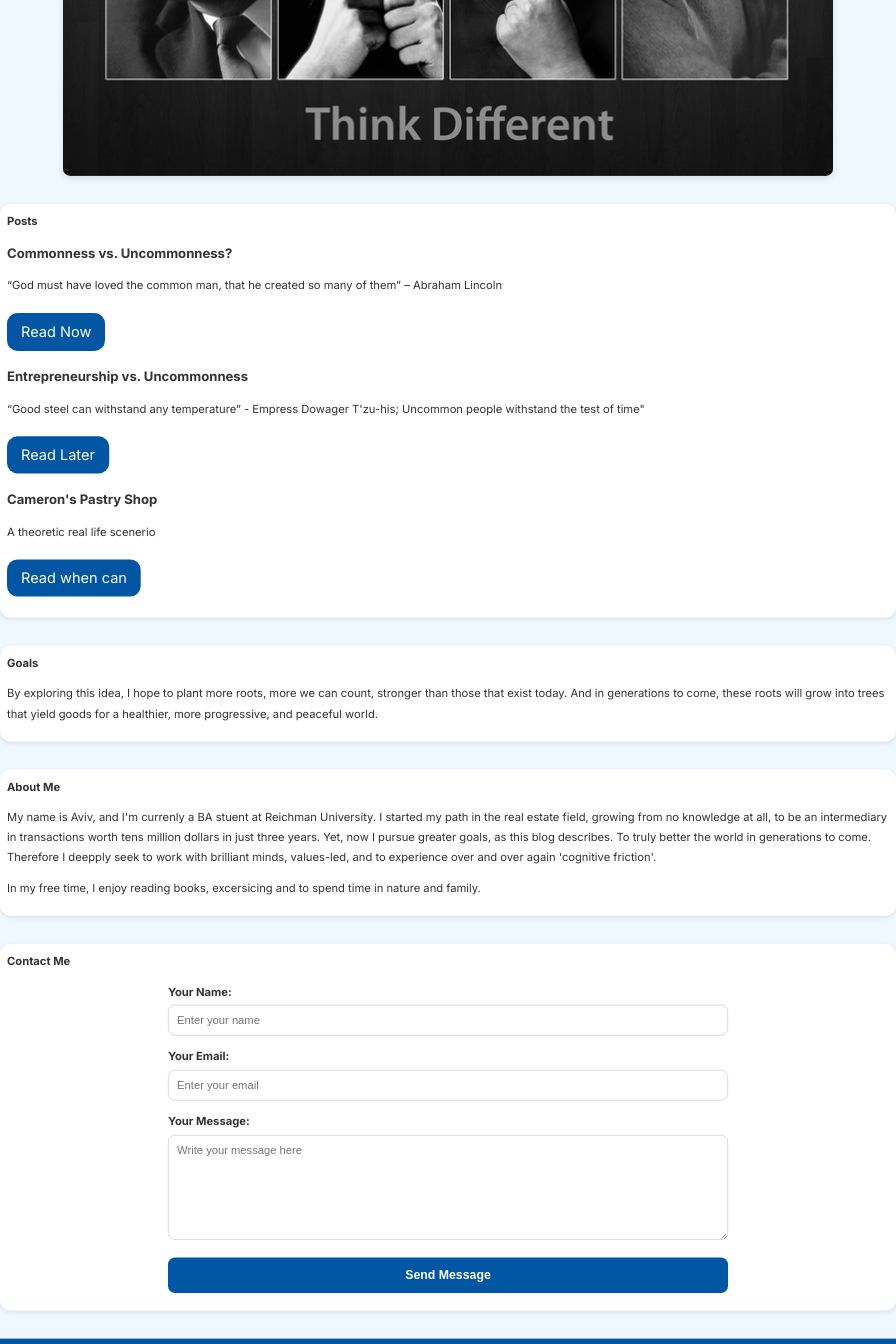
Repository: AvivGranot/Uncommon-Website
Page: index.html
The author's editor kept a copy of each file at every save. The page is drawn from the files as they stood at one save, then again after the next save.
The browser window is 1280 px wide. The pictures show the part of the page from y = 1185 to 3105 px (the page is 3182 px tall), at 70% of full size.

Above is the page before, as saved 2025-01-10 00:44:24.

After the next save:
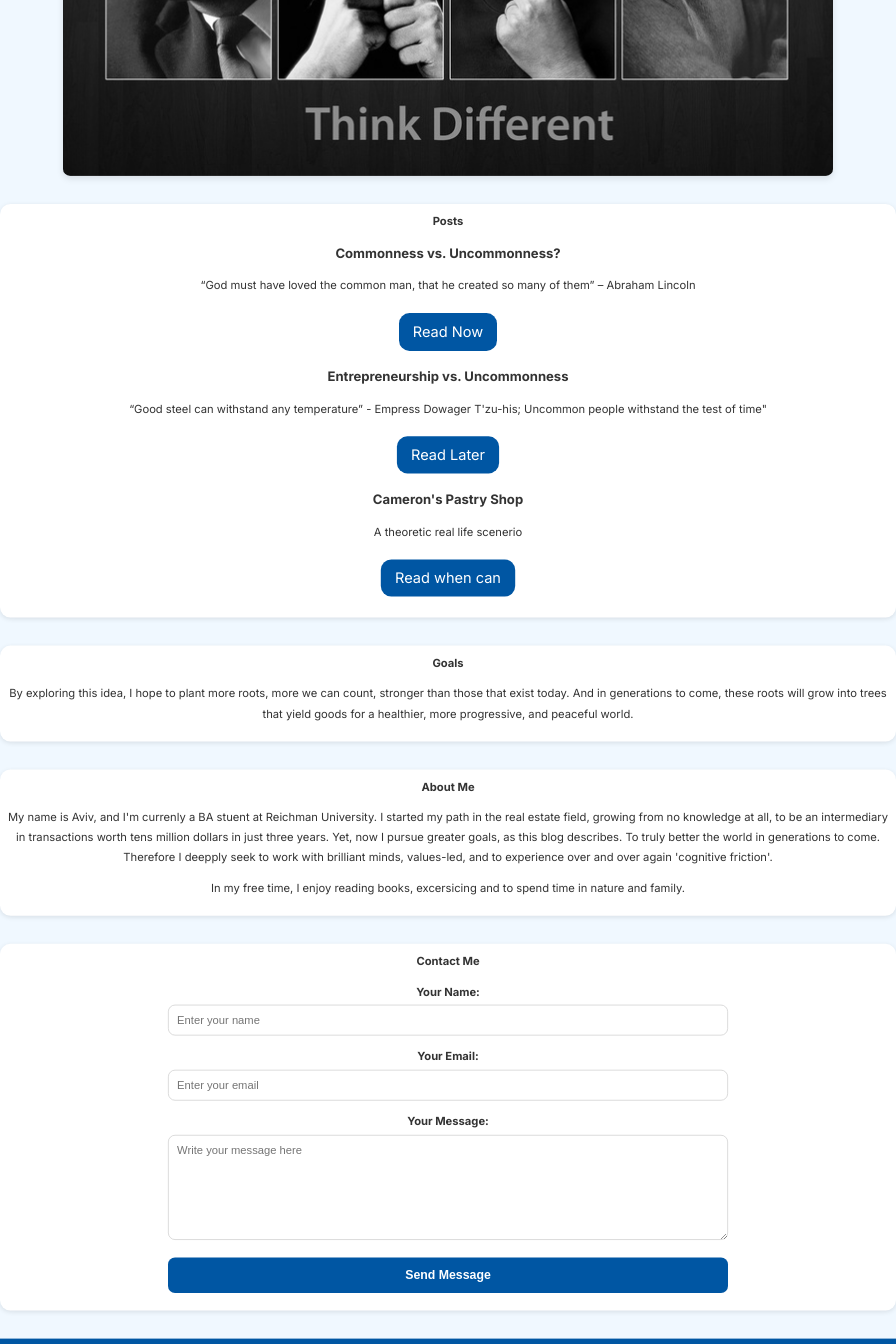
Saved 5 min 11 s later.
--- a/index.html
+++ b/index.html
@@ -107,6 +107,7 @@
 
         .container {
             max-width: 900px;
+            text-align: center; /* Aligns text to the center */
             margin: 40px auto;
             background-color: #fff;
             border-radius: 15px;

After the save that followed:
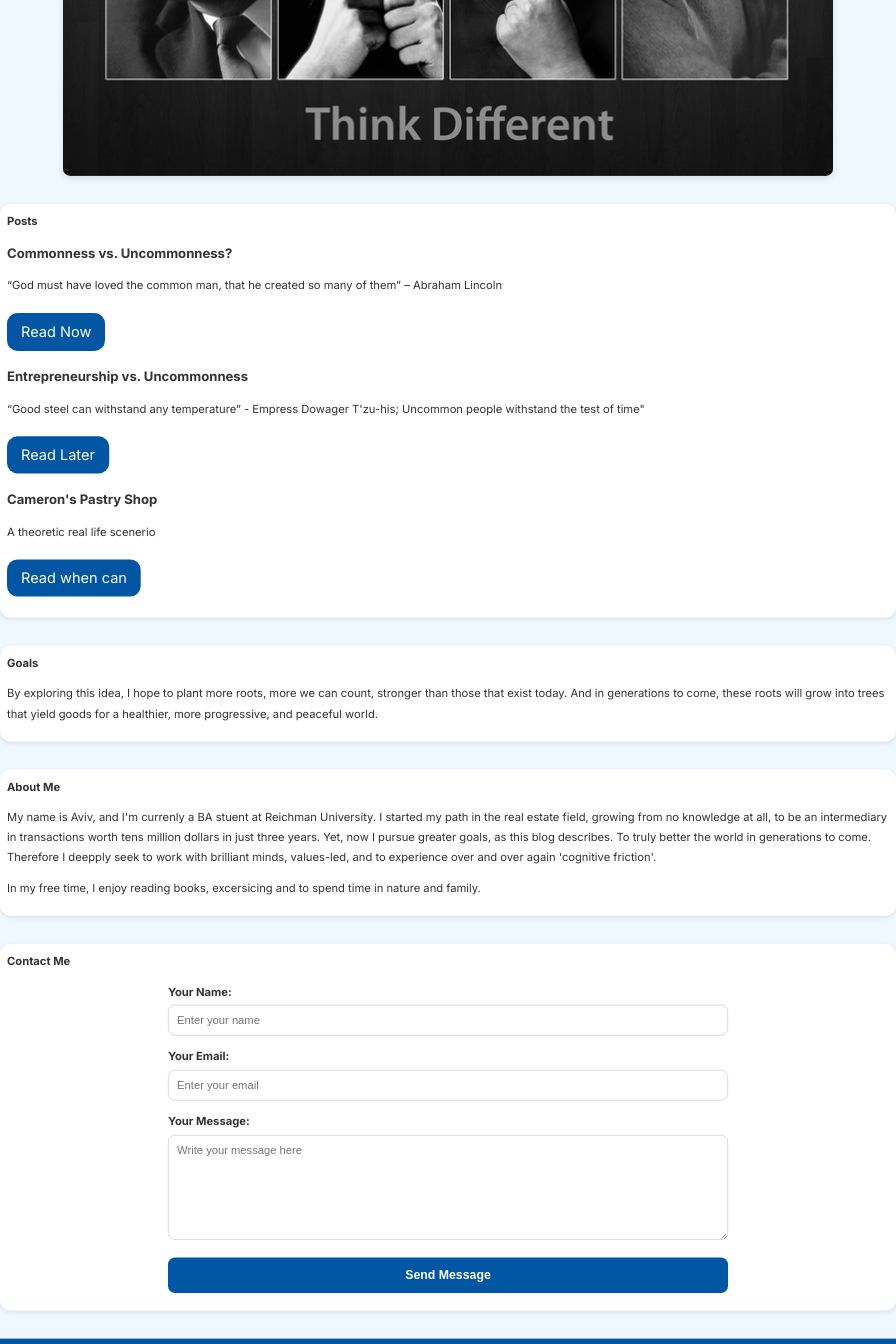
Saved 38 s later.
--- a/index.html
+++ b/index.html
@@ -107,7 +107,6 @@
 
         .container {
             max-width: 900px;
-            text-align: center; /* Aligns text to the center */
             margin: 40px auto;
             background-color: #fff;
             border-radius: 15px;
